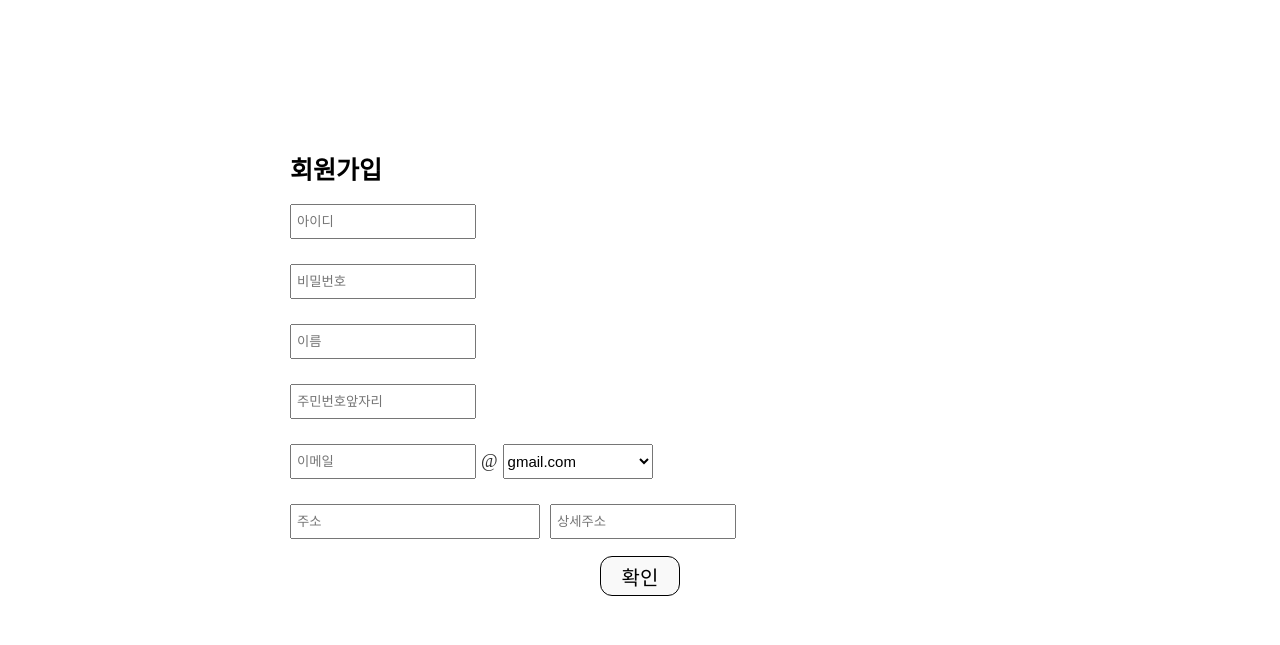
Repository: zeroj-0/eclipseProjects
Page: http://localhost/jv301/mod009/add_user.jsp
These files come from the project's save history. The page is drawn as it stood at one moment and after the next save; the edit follows.
The browser window is 1280 px wide. The pictures show the whole page.
The page is served by Tomcat 9. Nobody is signed in. The application's start-up code is not run.

Above is the page before, as saved 2022-06-30 08:27:29.

After the next save:
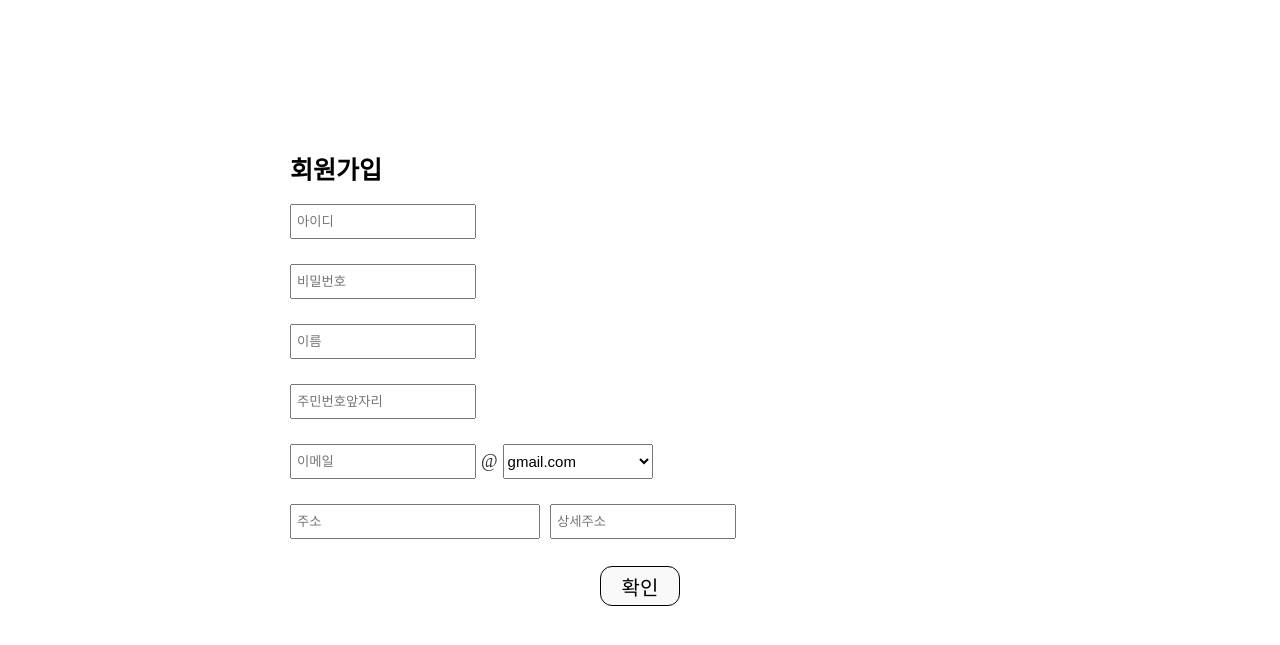
Saved 6 s later.
--- a/jv301/src/main/webapp/mod009/style.css
+++ b/jv301/src/main/webapp/mod009/style.css
@@ -77,7 +77,7 @@ span {
   background: #f9f9f9;
   border-radius: 12px;
   border: 1px solid #000;
-  margin-top: 10px;
+  margin-top: 20px;
 }
 button {
   border-style: none;
